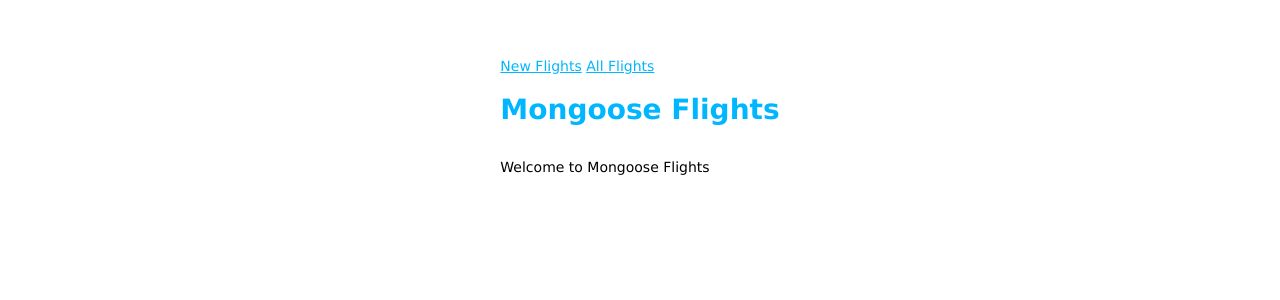
Repository: jmendoza13/mongoose-flights
Page: http://localhost/
These files come from the project's save history. The page is drawn as it stood at one moment and after the next save; the edit follows.
The browser window is 1280 px wide. The pictures show the whole page.
The page is served by the project's Node server (server.js). Other server files are loaded and not shown.

Above is the page before, as saved 2022-07-18 15:59:04.

### views/index.ejs
<%- include('./partials/header') %>

   <h1><%= title %></h1>
    <p>Welcome to <%= title %></p>

    <%- include('./partials/footer') %>

### views/Partials/header.ejs
<!DOCTYPE html>
<html lang="en">

<head>
    <meta charset="UTF-8">
    <meta http-equiv="X-UA-Compatible" content="IE=edge">
    <meta name="viewport" content="width=device-width, initial-scale=1.0">
    <link rel='stylesheet' href='/stylesheets/style.css' />
    <title>Flights</title>
</head>

<body>
    <nav>
        <a href="/flights/new">New Flights</a>
        <a href="/flights">All Flights</a>
    </nav>

### server.js
var createError = require('http-errors');
var express = require('express');
var path = require('path');
var cookieParser = require('cookie-parser');
var logger = require('morgan');
require('dotenv').config();

require('./config/database');
var indexRouter = require('./routes/index');
var flightsRouter = require('./routes/flights');

var app = express();

// view engine setup
app.set('views', path.join(__dirname, 'views'));
app.set('view engine', 'ejs');

app.use(logger('dev'));
app.use(express.json());
app.use(express.urlencoded({ extended: false }));
app.use(cookieParser());
app.use(express.static(path.join(__dirname, 'public')));

app.use('/', indexRouter);
app.use('/flights', flightsRouter);

// catch 404 and forward to error handler
app.use(function(req, res, next) {
  next(createError(404));
});

// error handler
app.use(function(err, req, res, next) {
  // set locals, only providing error in development
  res.locals.message = err.message;
  res.locals.error = req.app.get('env') === 'development' ? err : {};

  // render the error page
  res.status(err.status || 500);
  res.render('error');
});

module.exports = app;

### routes/index.js
var express = require('express');
var router = express.Router();

/* GET home page. */
router.get('/', function(req, res, next) {
  res.render('index', { title: 'Mongoose Flights' });
});

module.exports = router;

### public/stylesheets/style.css
body {
  padding: 50px;
  font: 14px "Lucida Grande", Helvetica, Arial, sans-serif;
  display: grid;
  justify-content: center;
  grid-template-areas:
    "nav"
    "main"

}

a, h1 {
  color: #00B7FF;
  justify-content: center;
}

Loaded but not shown: views/Partials/footer.ejs (common file)

After the next save:
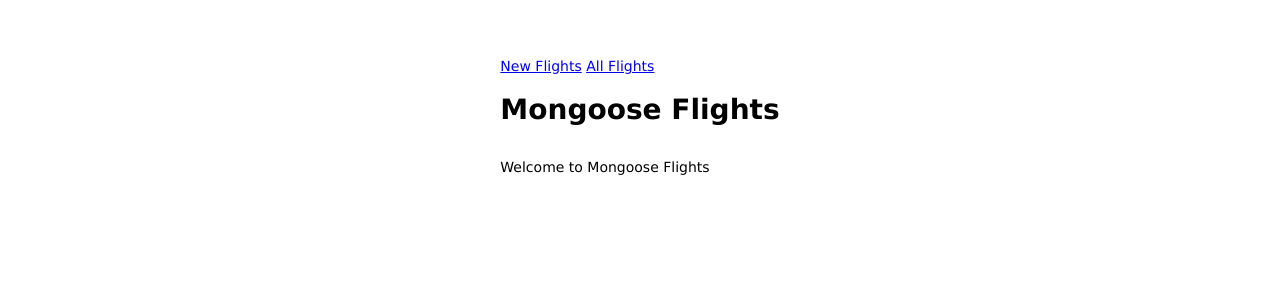
Saved 39 s later.
--- a/public/stylesheets/style.css
+++ b/public/stylesheets/style.css
@@ -9,7 +9,7 @@ body {
 
 }
 
-a, h1 {
+body > nav {
   color: #00B7FF;
   justify-content: center;
 }
